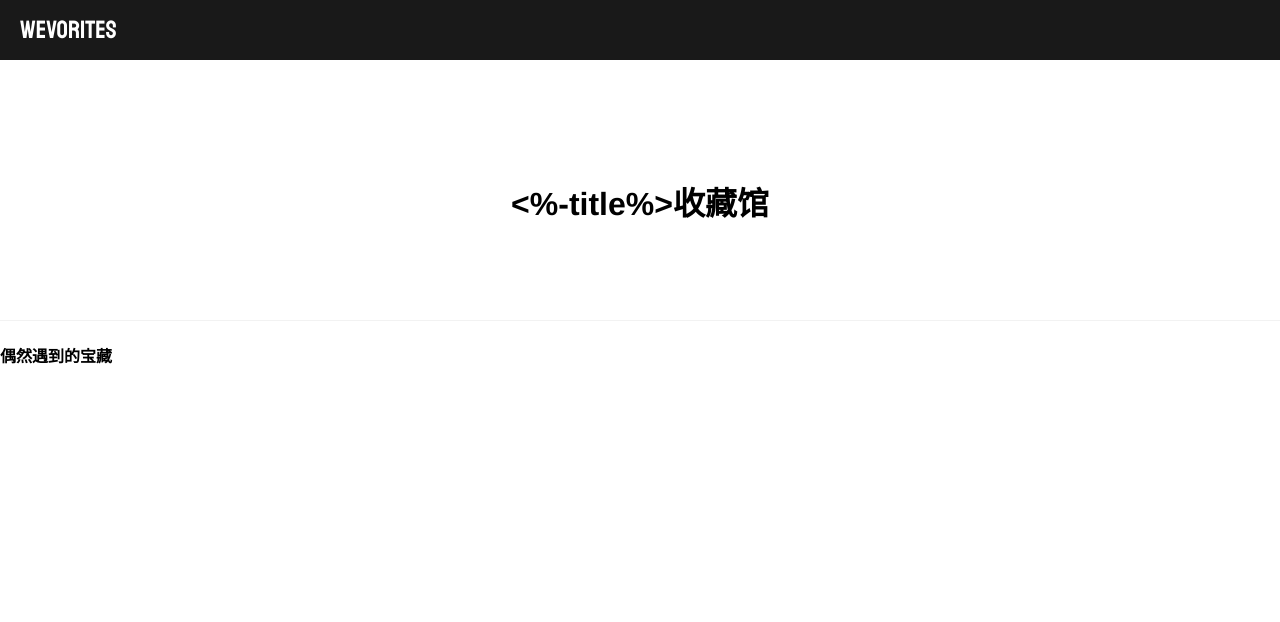
Repository: superhos/wevorites
Page: app/view/show.html
The author's editor kept a copy of each file at every save. The page is drawn from the files as they stood at one save, then again after the next save.
The browser window is 1280 px wide. The pictures show the whole page.

Above is the page before, as saved 2019-01-03 16:16:49.

### app/view/show.html
<!DOCTYPE html>
<html lang="en">
<head>
    <meta charset="UTF-8">
    <meta name="viewport" content="width=device-width, initial-scale=1.0">
    <meta http-equiv="X-UA-Compatible" content="ie=edge">
    <title><%-title%></title>
    <link rel="stylesheet" href="/public/css/style.css">
    <link href="/public/css/font.css" rel="stylesheet">
</head>
<body>
    <!-- 使用模板数据 -->
    <div id="app">
        <header>
            <div class="logo">Wevorites</div>
        </header>
        <div class="title">
            <h1><%-title%>收藏馆</h1>
            <h4>偶然遇到的宝藏</h4>
        </div>
    </div>
    <script src="https://cdn.jsdelivr.net/npm/vue"></script>
    <script>
        var app = new Vue({
            el: '#app',
            data: {
                message: 'Hello Vue!'
            }
        })
    </script>
</body>
</html>

### app/public/css/style.css
html,body {
  margin:0;
  padding:0;
}

header {
  background: #191919;
  height: 60px;
  width: 100%;
  z-index: 5;
  padding:0 20px;
  box-sizing: border-box;
}

header .logo {
  float:left;
  color: #FFF;
  font-size: 25px;
  line-height: 60px;
  font-family: 'Staatliches', cursive;
}

.title h1, .title h3 {
  align-items: center;
  background-color: #fff;
  border-bottom: 1px #f2f2f2 solid;
  box-sizing: border-box;
  color: #000;
  display: -ms-flexbox;
  display: flex;
  -ms-flex-wrap: wrap;
  flex-wrap: wrap;
  -ms-flex-pack: center;
  justify-content: center;
  position: relative;
  text-align: center;
  width: 100%;
  font-family: "acumin-pro","Helvetica Neue",Helvetica,Arial,sans-serif;
  height: 240px;
}

### app/public/css/font.css
@font-face {
  font-family: 'Staatliches';
  font-style: normal;
  font-weight: 400;
  src: local('Staatliches Regular'), local('Staatliches-Regular'), url(../font/HI_OiY8KO6hCsQSoAPmtMYebvpCfOMPT.woff2) format('woff2');
  unicode-range: U+0000-00FF, U+0131, U+0152-0153, U+02BB-02BC, U+02C6, U+02DA, U+02DC, U+2000-206F, U+2074, U+20AC, U+2122, U+2191, U+2193, U+2212, U+2215, U+FEFF, U+FFFD;
}

After the next save:
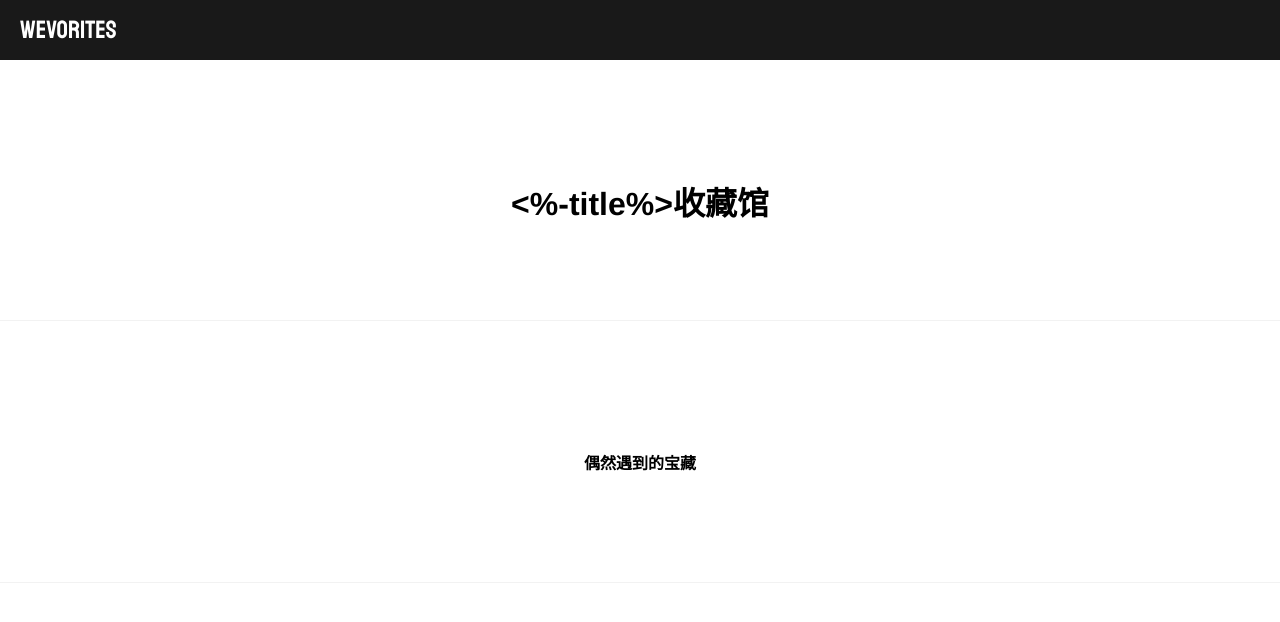
Saved 6 s later.
--- a/app/public/css/style.css
+++ b/app/public/css/style.css
@@ -20,7 +20,7 @@
   font-family: 'Staatliches', cursive;
 }
 
-.title h1, .title h3 {
+.title h1, .title h4 {
   align-items: center;
   background-color: #fff;
   border-bottom: 1px #f2f2f2 solid;

After the save that followed:
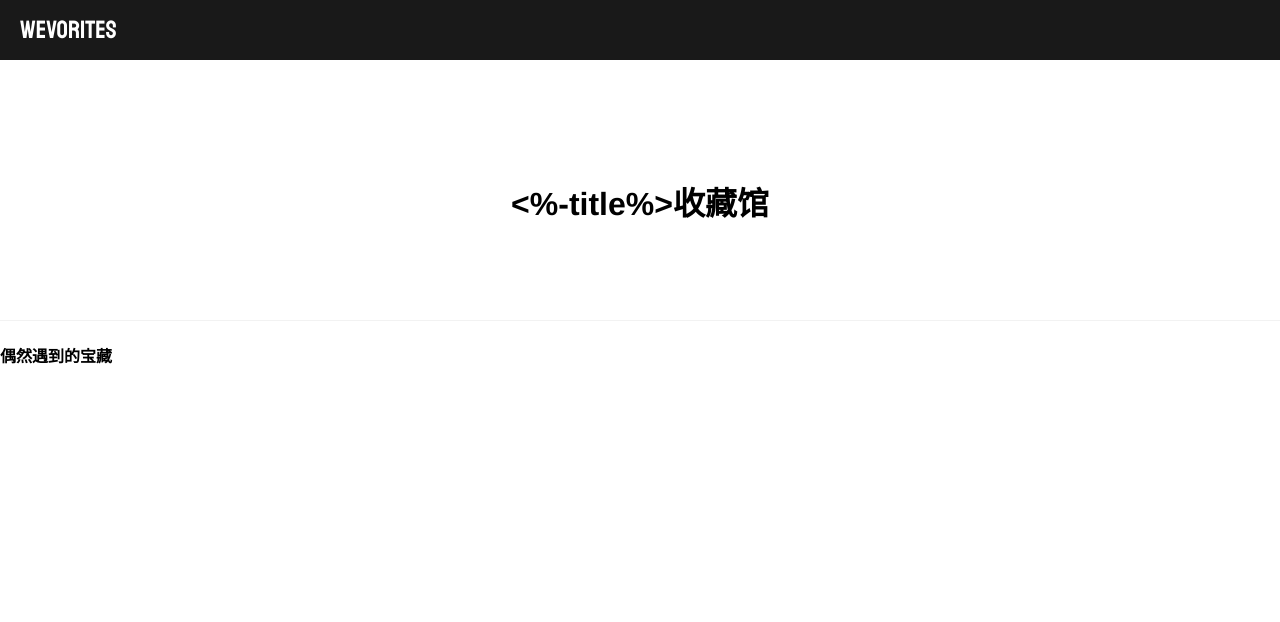
Saved 17 s later.
--- a/app/public/css/style.css
+++ b/app/public/css/style.css
@@ -20,7 +20,7 @@
   font-family: 'Staatliches', cursive;
 }
 
-.title h1, .title h4 {
+.title h1 {
   align-items: center;
   background-color: #fff;
   border-bottom: 1px #f2f2f2 solid;
